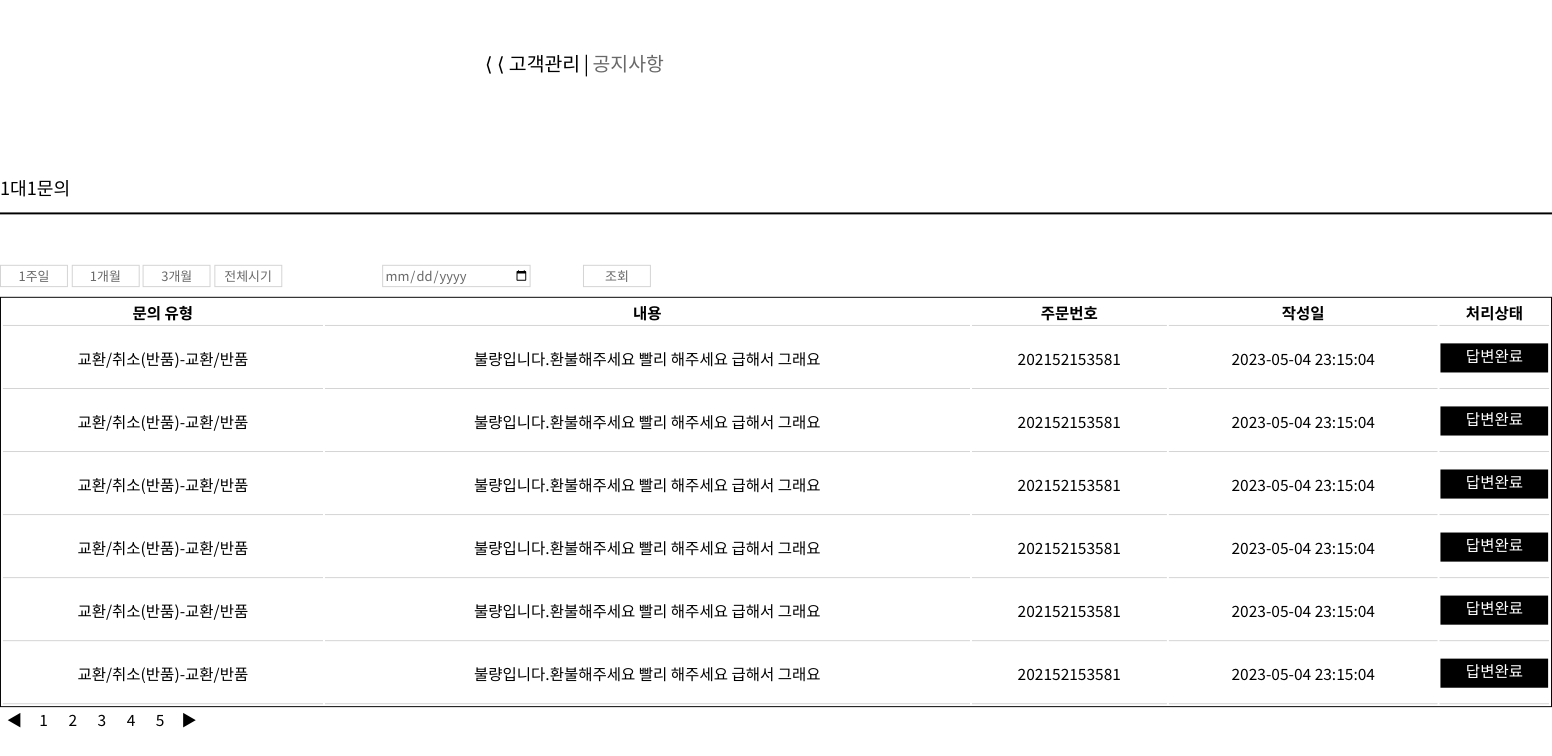
Repository: mcw9503/PassionForFashion
Page: Semi_Project/src/main/webapp/WEB-INF/announcementPage2.html
The author's editor kept a copy of each file at every save. The page is drawn from the files as they stood at one save, then again after the next save.
The browser window is 1280 px wide. The page is 1600 px wide, so the pictures cover 1600 px, including what lies to the right of the window. The pictures show the whole page, at 97% of full size.

Above is the page before, as saved 2023-05-07 15:30:40.

### Semi_Project/src/main/webapp/WEB-INF/announcementPage2.html
<!DOCTYPE html>
<html>
<head>
<meta charset="UTF-8">
<title>Insert title here</title>
<link href="https://fonts.googleapis.com/earlyaccess/notosanskr.css"
	rel="stylesheet">
</head>

<style>

* {
	outline: none;
	margin: 0;
	font-family: 'Noto Sans KR', sans-serif;
}


input[id*="answer"] + label h3 {
	position: absolute;
	top: 50%;
	right:10px;
	width:80px;
	height:30px;
	margin-top: -15px;
	border-top: none:
	background: white;
	font-weight: 200;
}


.annNum {
font-weight: 500;
}

hr{
border-bottom: 1px solid black;
}
div button {
	color: dimgray;
	background:white;
	border: 1px solid lightgray;
	margin-bottom: 10px;
	width: 70px;
}

div button:active{
	color: black;
	background:white;
	border: 0.5px solid black;
}

div form input {
	color: dimgray;
	background:white;
	border: 1px solid lightgray;
	margin-bottom: 10px;
	width: 70px;
}

div form input:active {
	color: black;
	background:white;
	border: 0.5px solid black;
}



thead th {
 text-align: center;
 justify-content: space-between;
 border-bottom: 1px solid lightgray;
}

tbody td {
 text-align: center;
 justify-content: space-between;
 height: 60px;
 border-bottom: 1px solid lightgray;

}

tbody td span:last-child {
border: none;
}


tbody td span {
	display: inline-block;
	width: 100%;
	height: 30px;
	color:white;
	background: black;
}

table {
	width: 100%;
	text-align: center;
	border: 1px solid black;
}

#Paging{
 margin: auto;
 width: 100%;
 height: 50px;


}

#Paging div{
 width: 30px;
 margin: auto;
 text-align: center;
  float:left;
}

</style>
<body>
	<div style="display:inline-block; margin-left: 500px; margin-bottom: 100px; margin-top: 50px; font-size: 20px;">&lang; &lang; 고객관리 </div>
	<span style="font-size: 20px;">|</span>
	 <span style="color:dimgray;font-size: 20px;">  공지사항</span>

	<div class="annWrap" style="width: 1600px; margin: auto;" >

		<h3 style="font-weight: 400; margin-bottom: 30px; border-bottom: 2px solid black; height: 40px;"> 1대1문의</h3>
		<div style="margin-top: 50px;">
			<form>
				<button type="button">1주일</button>
				<button type="button">1개월</button>
				<button type="button">3개월</button>
				<button type="button" name="date">전체시기</button>
				<input type="date" name="date" style="width:  150px; margin-left: 100px; margin-right: 50px;">
				<input type="submit" name="submit" value="조회">
			</form>
		</div>

	<table>
		<thead style="text-align: center;">
			<tr>
				<th>문의 유형</th>
				<th>내용</th>
				<th>주문번호</th>
				<th>작성일</th>
				<th>처리상태</th>
			</tr>
		</thead>

		<tbody>
			<tr>
				<td>교환/취소(반품)-교환/반품</td>
				<td>불량입니다.환불해주세요 빨리 해주세요 급해서 그래요</td>
				<td>202152153581</td>
				<td>2023-05-04 23:15:04</td>
				<td><span>답변완료</span></td>
			</tr>
			<tr>
				<td>교환/취소(반품)-교환/반품</td>
				<td>불량입니다.환불해주세요 빨리 해주세요 급해서 그래요</td>
				<td>202152153581</td>
				<td>2023-05-04 23:15:04</td>
				<td><span>답변완료</span></td>
			</tr>
			<tr>
				<td>교환/취소(반품)-교환/반품</td>
				<td>불량입니다.환불해주세요 빨리 해주세요 급해서 그래요</td>
				<td>202152153581</td>
				<td>2023-05-04 23:15:04</td>
				<td><span>답변완료</span></td>
			</tr>
			<tr>
				<td>교환/취소(반품)-교환/반품</td>
				<td>불량입니다.환불해주세요 빨리 해주세요 급해서 그래요</td>
				<td>202152153581</td>
				<td>2023-05-04 23:15:04</td>
				<td><span>답변완료</span></td>
			</tr>
			<tr>
				<td>교환/취소(반품)-교환/반품</td>
				<td>불량입니다.환불해주세요 빨리 해주세요 급해서 그래요</td>
				<td>202152153581</td>
				<td>2023-05-04 23:15:04</td>
				<td><span>답변완료</span></td>
			</tr>
			<tr>
				<td>교환/취소(반품)-교환/반품</td>
				<td>불량입니다.환불해주세요 빨리 해주세요 급해서 그래요</td>
				<td>202152153581</td>
				<td>2023-05-04 23:15:04</td>
				<td><span>답변완료</span></td>
			</tr>
		</tbody>

	</table>
                <div id="Paging">
	                    <div class="prev">◀</div>
	                    <div>1</div>
	                    <div>2</div>
	                    <div>3</div>
	                    <div>4</div>
	                    <div>5</div>
	                    <div class="next">▶</div>
                </div>
	</div>
</body>
</html>

After the next save:
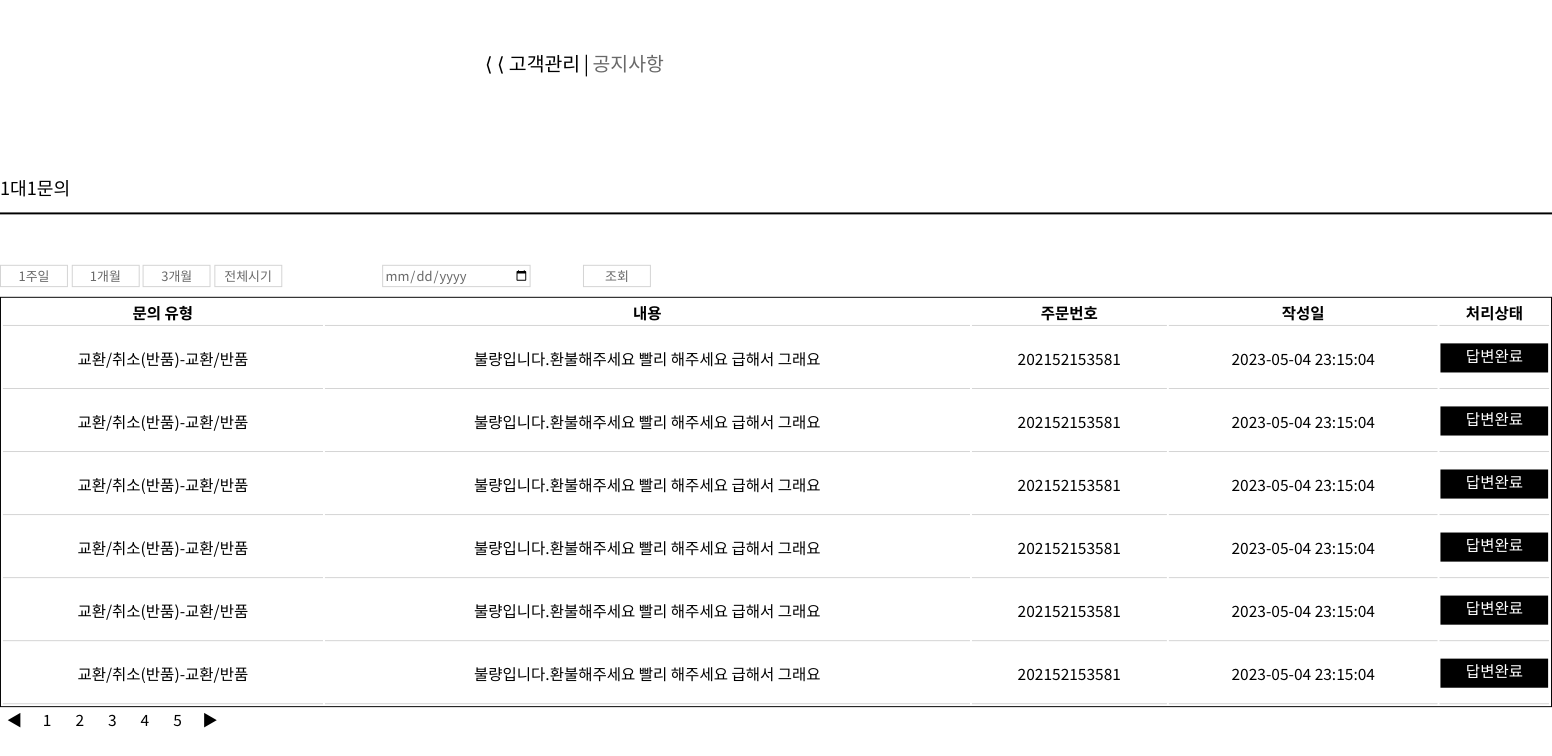
Saved 38 s later.
--- a/Semi_Project/src/main/webapp/WEB-INF/announcementPage2.html
+++ b/Semi_Project/src/main/webapp/WEB-INF/announcementPage2.html
@@ -111,7 +111,7 @@ table {
  width: 30px;
  margin: auto;
  text-align: center;
-  float:left;
+ display: inline-block;
 }
 
 </style>
